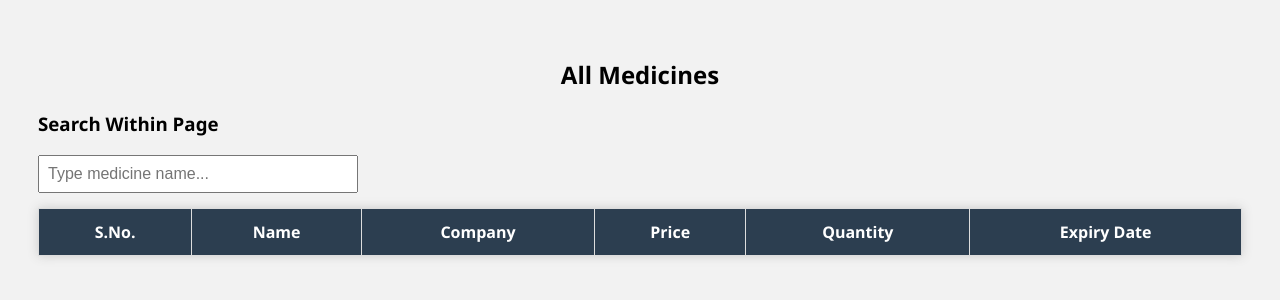
Repository: sal12321/Medi-Manager
Page: http://localhost/mediCO/view_all.jsp
An editor plug-in stored every save of this project. The page is shown before and after the next save, followed by the edit.
The browser window is 1280 px wide. The pictures show the whole page.
The page is served by Tomcat 10. Other server files are loaded and not shown. Queries for data that is not in the repository find no rows.

Above is the page before, as saved 2025-08-07 16:01:27.

### mediCO/src/main/webapp/view_all.jsp
<%@ page import="java.sql.*, java.util.*" %>
<%
class Medicine {
    int id;
    String name;
    String company;
    double price;
    int quantity;
    java.sql.Date expiry;

    Medicine(int id, String name, String company, double price, int quantity, java.sql.Date expiry) {
        this.id = id;
        this.name = name;
        this.company = company;
        this.price = price;
        this.quantity = quantity;
        this.expiry = expiry;
    }
}

ArrayList<Medicine> medicines = new ArrayList<>();

try {
    Class.forName("com.mysql.cj.jdbc.Driver");
    Connection conn = DriverManager.getConnection(
        "jdbc:mysql://localhost:3306/med2025", "root", "root@123");

    Statement stmt = conn.createStatement();
    ResultSet rs = stmt.executeQuery("SELECT * FROM medicine ORDER BY name ASC");

    while (rs.next()) {
        Medicine m = new Medicine(
            rs.getInt("id"),
            rs.getString("name"),
            rs.getString("company"),
            rs.getDouble("price"),
            rs.getInt("quantity"),
            rs.getDate("expiry")
        );
        medicines.add(m);
    }

    rs.close();
    stmt.close();
    conn.close();
} catch (Exception e) {
    out.println("<p style='color:red;'>Error: " + e.getMessage() + "</p>");
}
%>

<!DOCTYPE html>
<html>
<head>
    <title>All Medicines</title>

    <style>
        body {
            font-family: 'Segoe UI', sans-serif;
            padding: 30px;
            background: #f2f2f2;
        }
        h2 {
            text-align: center;
        }
        table {
            width: 100%;
            border-collapse: collapse;
            background: white;
            box-shadow: 0 0 10px #ccc;
        }
        th, td {
            border: 1px solid #ddd;
            padding: 12px;
            text-align: center;
        }
        th {
            background-color: #2c3e50;
            color: white;
        }
        tr:nth-child(even) {
            background-color: #f9f9f9;
        }
        .expired {
            background-color: #f8d7da;
            color: #721c24;
        }
    </style>
</head>
<body>
    <h2>All Medicines</h2>

    <h3>Search Within Page</h3>
<input type="text" id="pageSearch" placeholder="Type medicine name..." onkeyup="scrollToMedicine()" style="padding:8px; width:300px; font-size:16px; margin-bottom: 15px;">





    <table>
        <tr>
            <th>S.No.</th>
            <th>Name</th>
            <th>Company</th>
            <th>Price</th>
            <th>Quantity</th>
            <th>Expiry Date</th>
        </tr>
        <%
            java.util.Date today = new java.util.Date();
            int serialNo = 1;
            for (Medicine m : medicines) {
                boolean isExpired = m.expiry.before(today);
        %>
        <tr class="<%= isExpired ? "expired" : "" %>">
            <td><%= serialNo++ %></td>
            <td><%= m.name %></td>
            <td><%= m.company %></td>
            <td><%= m.price %></td>
            <td><%= m.quantity %></td>
            <td><%= m.expiry %></td>
        </tr>
        <% } %>
    </table>
</body>

<script src="highlightMed.js"></script>

</html>

### mediCO/src/main/java/Medicine.java


public class Medicine {
    private int id;
    private String name;
    private String company;
    private double price;
    private int quantity;

    // Constructors
    public Medicine(int id, String name, String company, double price, int quantity) {
        this.id = id;
        this.name = name;
        this.company = company;
        this.price = price;
        this.quantity = quantity;
    }

    // Getters
    public int getId() { return id; }
    public String getName() { return name; }
    public String getCompany() { return company; }
    public double getPrice() { return price; }
    public int getQuantity() { return quantity; }


}

### mediCO/src/main/webapp/JS/highlightMed.js
function scrollToMedicine() {
       const input = document.getElementById("pageSearch").value.toLowerCase();
       const rows = document.querySelectorAll("table tbody tr");

       let found = false;
       rows.forEach(row => {
           row.style.backgroundColor = ""; // reset all

           const nameCell = row.cells[1]; // 2nd column = name
           if (nameCell && nameCell.textContent.toLowerCase().startsWith(input) && input !== "") {
               if (!found) {
                   row.scrollIntoView({ behavior: "smooth", block: "center" });
                   row.style.backgroundColor = "#ffff99"; // highlight
                   found = true;
               }
           }
       });
   }

After the next save:
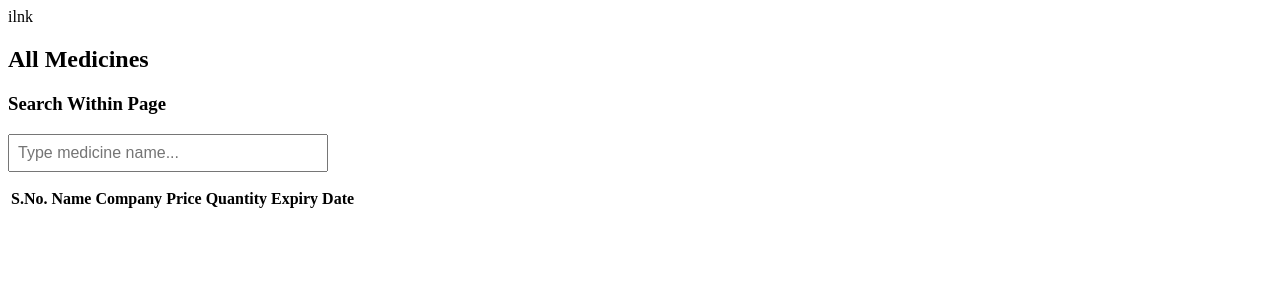
Saved 17 s later.
--- a/mediCO/src/main/webapp/view_all.jsp
+++ b/mediCO/src/main/webapp/view_all.jsp
@@ -53,38 +53,8 @@ try {
 <head>
     <title>All Medicines</title>
 
-    <style>
-        body {
-            font-family: 'Segoe UI', sans-serif;
-            padding: 30px;
-            background: #f2f2f2;
-        }
-        h2 {
-            text-align: center;
-        }
-        table {
-            width: 100%;
-            border-collapse: collapse;
-            background: white;
-            box-shadow: 0 0 10px #ccc;
-        }
-        th, td {
-            border: 1px solid #ddd;
-            padding: 12px;
-            text-align: center;
-        }
-        th {
-            background-color: #2c3e50;
-            color: white;
-        }
-        tr:nth-child(even) {
-            background-color: #f9f9f9;
-        }
-        .expired {
-            background-color: #f8d7da;
-            color: #721c24;
-        }
-    </style>
+   ilnk
+
 </head>
 <body>
     <h2>All Medicines</h2>
